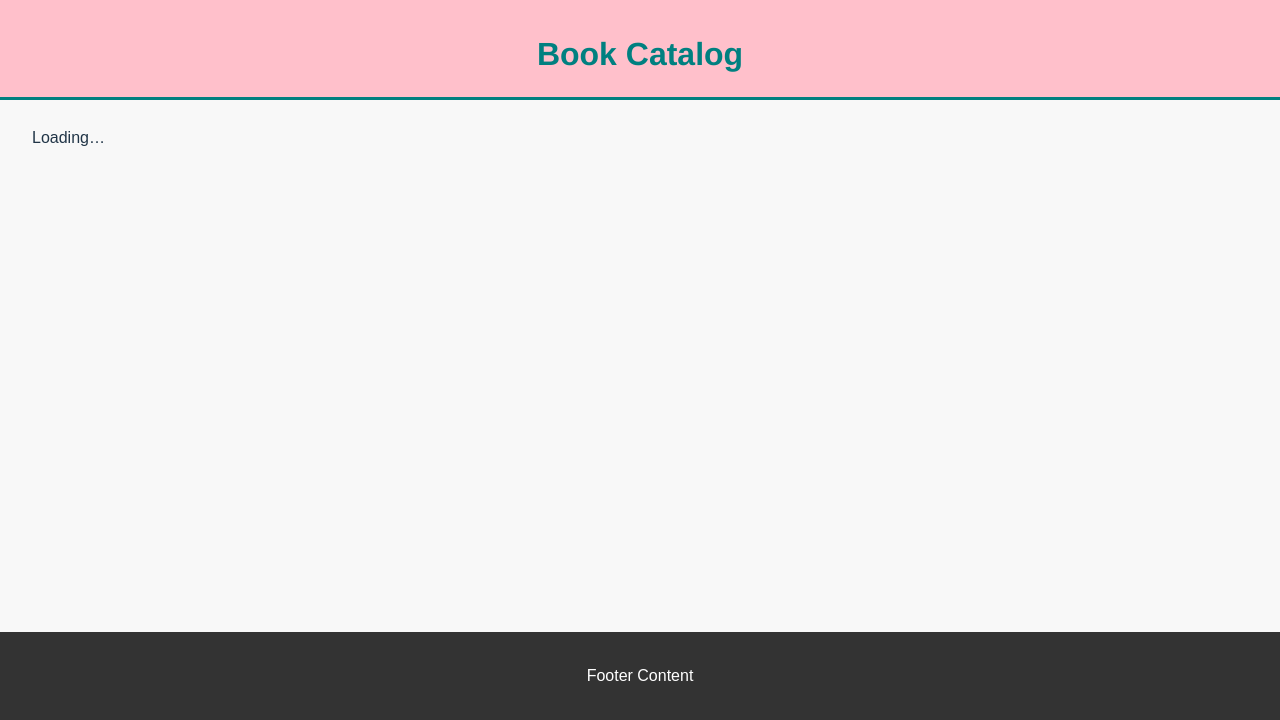
Repository: primcharlin/COMP3170_Lab_Assignment_Components
Page: /
An editor plug-in stored every save of this project. The page is shown before and after the next save, followed by the edit.
The browser window is 1280 px wide. The pictures show the whole page.
The page's requests for data from a server got no answer. The project was rebuilt for these pictures with package versions that can differ from the ones it lists, and the page was loaded fresh each time. No one was signed in, and anything a server would have sent is missing. Also part of the build but not shown: vite.config.js.

Above is the page before, as saved 2025-09-12 03:18:33.

### index.html
<!DOCTYPE html>
<html lang="en">
    <head>
        <meta charset="UTF-8" />
        <link
            rel="icon"
            type="image/svg+xml"
            href="/vite.svg" />
        <meta
            name="viewport"
            content="width=device-width, initial-scale=1.0" />
        <title>Book Catalog</title>
    </head>
    <body>
        <div id="root"></div>
        <script
            type="module"
            src="/src/main.jsx"></script>
    </body>
</html>

### src/App.jsx
// import { useState } from "react";
// import "./App.css";

// function App() {
//     const [count, setCount] = useState(0);
//     return (
//         <>
//             <div class='app-header'>
//                 <h1>Book Catalog</h1>
//             </div>

// <div class="content">
//       <div class="btn-plus">::after</div>
//       <div class="book">
//         <div class="image">
//           <img src="https://itbook.store/img/books/9781912047420.png" alt="Book Cover" />
//         </div>
//       </div>
// </div>

// <div class="footer">
//     <p>Footer Content</p>
// </div>

//         </>
//     );
// }

// export default App;

import { useEffect, useState } from "react";
import "./App.css";

export default function App() {
    const [books, setBooks] = useState([]);

    useEffect(() => {
        async function fetchBooks() {
            try {
                const res = await fetch(
                    "https://api.itbook.store/1.0/search/react"
                );
                const json = await res.json();
                setBooks(json.books.slice(0, 2)); // เอาแค่ 2 เล่ม
            } catch (e) {
                console.error(e);
            }
        }
        fetchBooks();
    }, []);

    return (
        <div className='app'>
            <header className='app-header'>
                <h1>Book Catalog</h1>
            </header>

            <div className='content'>
                {books.length === 0 ? (
                    <p>Loading…</p>
                ) : (
                    <div className='grid'>
                        {books.map((b, index) => (
                            <div
                                key={b.isbn13}
                                className={`book ${
                                    index === 0 ? "featured" : "normal"
                                }`}>
                                <div className='image'>
                                    <img
                                        src={b.image}
                                        alt={b.title}
                                    />
                                </div>
                                <div className='meta'>
                                    <h3 className='title'>{b.title}</h3>
                                    {b.subtitle && (
                                        <p className='subtitle'>{b.subtitle}</p>
                                    )}
                                    <p className='price'>{b.price}</p>
                                </div>
                            </div>
                        ))}
                    </div>
                )}
            </div>

            <footer className='footer'>
                <p>Footer Content</p>
            </footer>
        </div>
    );
}

### src/App.css
/* * {
    box-sizing: border-box;
}

div {
    display: block;
    unicode-bidi: isolate;
}

.app-header {
    position: fixed;
    top: 0;
    left: 0;
    width: 100vw;
    z-index: 1000;
    padding: 1em;
    color: teal;
    background: pink;
    border-bottom: 5px solid black;
    box-sizing: border-box;
    text-align: center;
    font-family: Helvetica, sans-serif;
}

h1 {
    display: block;
    font-size: 2em;
    margin-block-start: 0.67em;
    margin-block-end: 0.67em;
    margin-inline-start: 0px;
    margin-inline-end: 0px;
    font-weight: bold;
    unicode-bidi: isolate;
}

.book .image img {
    width: 100%;
}

img {
    overflow-clip-margin: content-box;
    overflow: clip;
} */

/* Layout basics */
/* App.css */

.app {
    font-family: Arial, sans-serif;
    background: #f8f8f8;
    min-height: 100vh;
    display: flex;
    flex-direction: column;
}

.app-header {
    position: fixed;
    top: 0;
    left: 0;
    width: 100vw;
    height: 100px;
    z-index: 1000;
    padding: 1em;
    color: teal;
    background: pink;
    border-bottom: 3px solid teal;
    box-sizing: border-box;
    text-align: center;
    font-family: Helvetica, sans-serif;
}

h1 {
    display: block;
    font-size: 2em;
    margin-block-start: 0.67em;
    margin-block-end: 0.67em;
    margin-inline-start: 0px;
    margin-inline-end: 0px;
    font-weight: bold;
    unicode-bidi: isolate;
}

.content {
    width: 100vw;
    flex: 1;
    display: grid;
    grid-template-columns: 1fr 1fr;
    gap: 2rem;
    padding: 0 2em;
    padding-top: 110px; /* match header height + gap */
    padding-bottom: 2em;
    box-sizing: border-box;
}

@media (max-width: 800px) {
    .content {
        display: flex;
        flex-wrap: wrap;
        gap: 20px;
        padding: 0 2em;
        flex: 1;
    }
}

.grid {
    display: grid;
    grid-template-columns: 1fr 1fr;
    gap: 2rem;
    width: 100%;
}

.book {
    background: white;
    border-radius: 10px;
    overflow: hidden;
    box-shadow: 0 4px 10px rgba(0, 0, 0, 0.1);
    display: flex;
    flex-direction: column;
    transition: transform 0.2s ease;

    position: relative;
    width: 200px;
    height: 300px;
    padding: 0.4rem;
    border: 1px solid #3a4660;
}
.book:hover {
    transform: translateY(-4px);
}

/* Featured book = layout สองคอลัมน์ (รูปใหญ่ + รายละเอียด) */
.book.featured {
    display: grid;
    grid-template-columns: 1fr 2fr;
    align-items: center;
    padding: 1rem;
}

.book.featured .image img {
    width: 100%;
    height: auto;
    border-radius: 6px;
}

.book.normal .image img {
    width: 100%;
    height: auto;
    object-fit: cover;
}

.meta {
    padding: 1rem;
}

.title {
    margin: 0 0 0.5rem;
    font-size: 1.4rem;
    font-weight: bold;
    color: #222;
}

.subtitle {
    font-size: 1rem;
    color: #555;
    margin-bottom: 0.5rem;
}

.price {
    font-weight: bold;
    color: #008000;
}

.footer {
    background: #333;
    color: white;
    text-align: center;
    padding: 1rem;
}

Loaded but not shown: src/main.jsx (common file); src/index.css (common file)

After the next save:
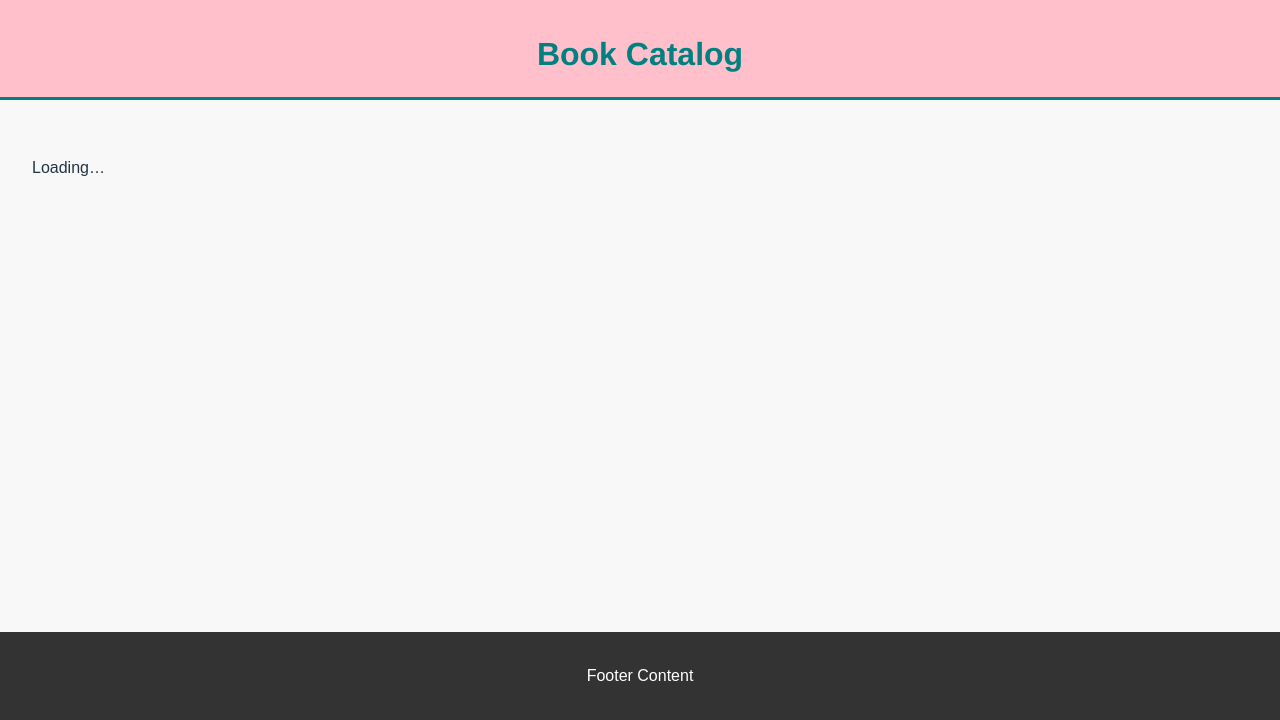
Saved 12 s later.
--- a/src/App.css
+++ b/src/App.css
@@ -87,7 +87,7 @@ h1 {
     grid-template-columns: 1fr 1fr;
     gap: 2rem;
     padding: 0 2em;
-    padding-top: 110px; /* match header height + gap */
+    padding-top: 140px; /* match header height + gap */
     padding-bottom: 2em;
     box-sizing: border-box;
 }
